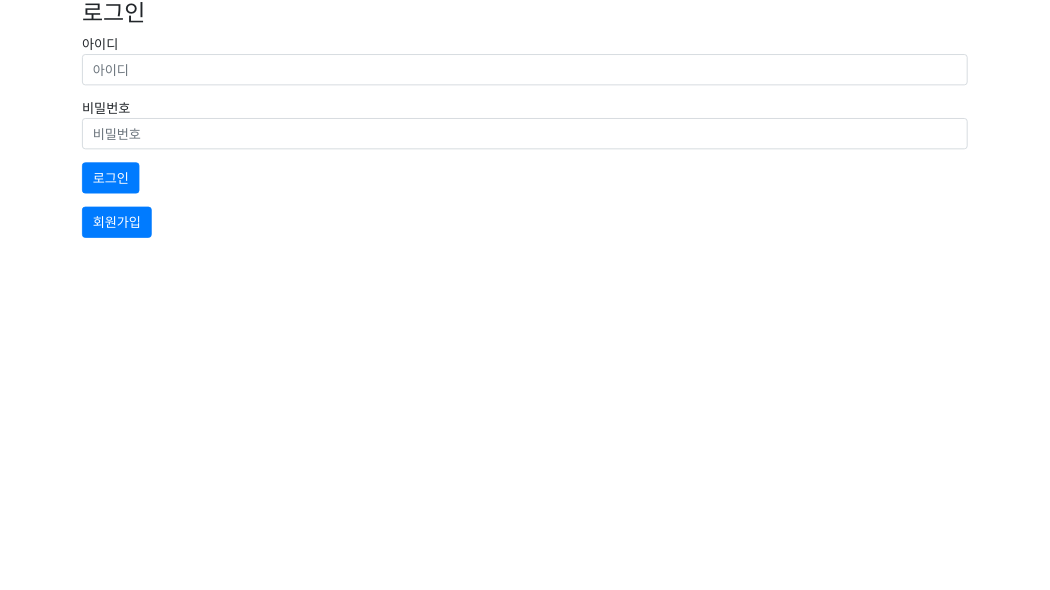
Repository: Seongjoo-Shin/webServer
Page: http://localhost/project/project/login.jsp
The author's editor kept a copy of each file at every save. The page is drawn from the files as they stood at one save, then again after the next save.
The browser window is 1280 px wide. The pictures show the whole page, at 82% of full size.
The page is served by Tomcat 9. Other server files are loaded and not shown.

Above is the page before, as saved 2021-06-14 05:04:07.

### 20165514_신성주_웹서버구축_프로젝트_소스코드/project/WebContent/project/login.jsp
<%@ page language="java" contentType="text/html; charset=utf-8"
    pageEncoding="utf-8"%>
<!DOCTYPE html>
<html>
<head>
<meta charset="utf-8">
<title>로그인</title>
<link rel="stylesheet" href="https://stackpath.bootstrapcdn.com/bootstrap/4.3.1/css/bootstrap.min.css" integrity="sha384-ggOyR0iXCbMQv3Xipma34MD+dH/1fQ784/j6cY/iJTQUOhcWr7x9JvoRxT2MZw1T" crossorigin="anonymous">
</head>
<body>
	<div class="container">
		<div class="col-lg" style="margin:auto;">
		<h3>로그인</h3>
		<form method="post" action="login_process.jsp">
			<p>아이디<input type="text" name="user_id" class="form-control" placeholder="아이디"></p>
			<p>비밀번호<input type="password" name="user_pwd" class="form-control" placeholder="비밀번호"></p>
			<p><input type="submit" class="btn btn-primary" value="로그인"></p>
			<p><a href="register.jsp" class="btn btn-primary">회원가입</a>
		</form>
		</div>
	</div>
</body>
</html>

After the next save:
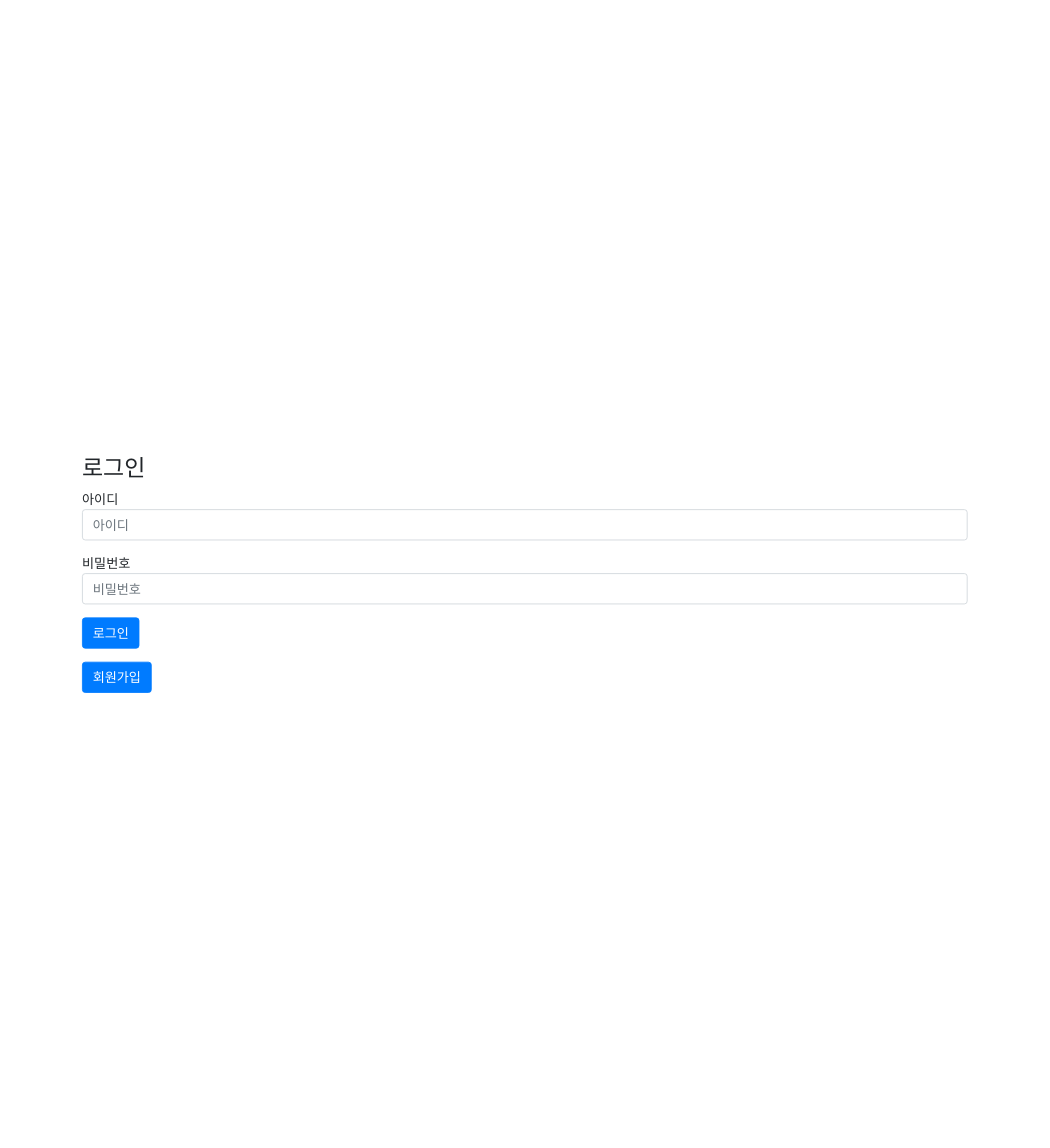
Saved 15 min 22 s later.
--- a/20165514_신성주_웹서버구축_프로젝트_소스코드/project/WebContent/project/login.jsp
+++ b/20165514_신성주_웹서버구축_프로젝트_소스코드/project/WebContent/project/login.jsp
@@ -9,7 +9,7 @@
 </head>
 <body>
 	<div class="container">
-		<div class="col-lg" style="margin:auto;">
+		<div class="col-lg" style="margin:50% auto;">
 		<h3>로그인</h3>
 		<form method="post" action="login_process.jsp">
 			<p>아이디<input type="text" name="user_id" class="form-control" placeholder="아이디"></p>
